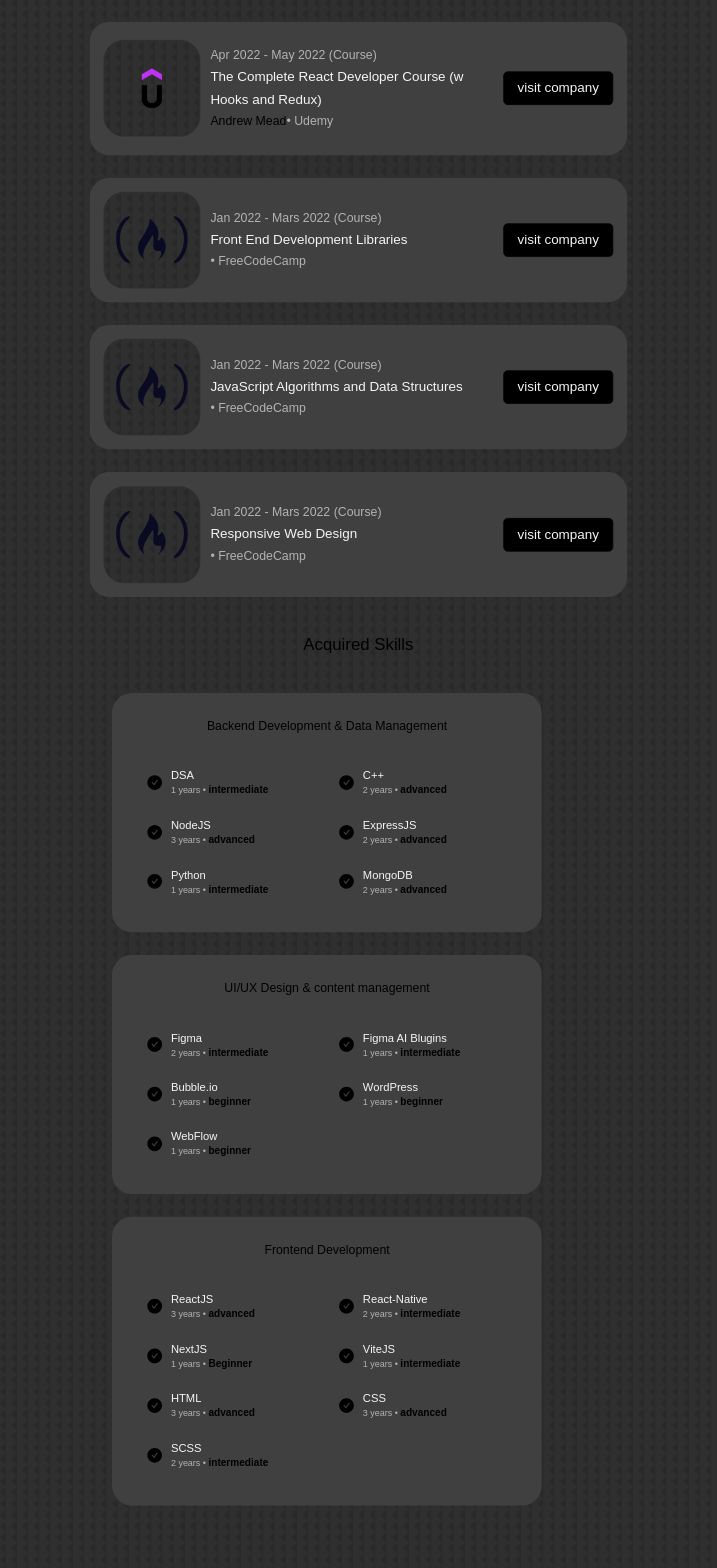
Repository: Z-Bahaa/project_joker_react_portfolio
Page: /
The author's editor kept a copy of each file at every save. The page is drawn from the files as they stood at one save, then again after the next save.
The browser window is 1024 px wide. The pictures show the part of the page from y = 4260 to 6500 px (the page is 8096 px tall), at 70% of full size.
Some web fonts or font styles are not loaded; a fallback is used. The project was rebuilt for these pictures with package versions that can differ from the ones it lists, and the page was loaded fresh each time. Imported but missing from the stored project, and not drawn on this page: src/assets/resume.pdf.

Above is the page before, as saved 2023-08-21 18:53:32.

### public/index.html
<!DOCTYPE html>
<html lang="en">

<head>
  <meta charset="UTF-8">
  <meta name="viewport" content="width=device-width, initial-scale=1.0">
  <title>Zeyad Bahaa</title>
  <link rel="shortcut icon" href="/Logo.png" />
</head>

<body>
  <div id="root"></div>
</body>

</html>

### src/App.jsx
import Header from './components/header/Header'
import Nav from './components/nav/Nav'
import About from './components/about/About'
import Experience from './components/experience/Experience'
// import Services from './components/services/Services'
import Portfolio from './components/portfolio/Portfolio'
// import Testimonials from './components/testimonials/Testimonials'
import Contact from './components/contact/Contact'
import Footer from './components/footer/Footer'


const App = () => {
  return (
    <>
      <Header />
      <Nav />
      <About />
      <Portfolio />
      <Experience />
      {/* <Services /> */}
{/*       <Testimonials /> */}
      <Contact />
      <Footer />

    </>
  )
}

export default App

### src/components/header/Header.jsx
import './header.css';
import CTA from './CTA'
import ME from '../../assets/me-3.png'
import HeaderSocials from './HeaderSocials'

const Header = () => {
  return (
    <div className='header container' id='home'>
      <div className='header__container'>
        <h5>Hello, I'm</h5>
        <h1>Zeyad Bahaa</h1>
        <h5 className="text-light">Software & web development Enthusiast</h5>
        <CTA />
        <HeaderSocials />

        <div className="me">
          <img src={ME} alt="" />
        </div>

        <a href='#contact' className="scroll__down">Scroll Down</a>
      </div>
    </div>
  )
}

export default Header

### src/components/nav/Nav.jsx
import './nav.css'
import { AiOutlineHome, AiOutlineUser, AiOutlineMessage } from 'react-icons/ai'
import { BiBookAlt } from 'react-icons/bi'
import { BsBagDash } from 'react-icons/bs'
import { useState} from 'react'

const Nav = () => {
  const [activeNav, setActiveNAv] = useState('#')
  return (
    <div className="nav">
      <a href="#home" className={activeNav === '#' ? 'active' : ''} onClick={() => setActiveNAv('#')}><AiOutlineHome /></a>
      <a href="#about" className={activeNav === '#about' ? 'active' : ''} onClick={() => setActiveNAv('#about')}><AiOutlineUser /></a>
      <a href="#portfolio" className={activeNav === '#services' ? 'active' : ''} onClick={() => setActiveNAv('#services')}><BsBagDash /></a>
      <a href="#experience" className={activeNav === '#experience' ? 'active' : ''} onClick={() => setActiveNAv('#experience')}><BiBookAlt /></a>
      <a href="#contact" className={activeNav === '#contact' ? 'active' : ''} onClick={() => setActiveNAv('#contact')}><AiOutlineMessage /></a>
    </div>
  )
}

export default Nav

### src/components/about/About.jsx
import './about.css'
import ME from '../../assets/me-3.png'
/* import { FiAward, FiUsers } from 'react-icons/fi'
import { AiFillFolderOpen } from 'react-icons/ai' */
const About = () => {
  return (
    <div className="section" id="about">
      <h5>Get To Know</h5>
      <h2>About Me</h2>

      <div className="container about__container">
        <div className="about__me">
          <div className="about__me-image">
            <img src={ME} alt="About" />
          </div>
        </div>

        <div className="about__content">
          {/* <div className="about__cards">

            <div className="about__card">
              <FiAward className="about__icon" />
              <h5>Experience</h5>
              <small>3+ Years Working</small>
            </div>

            <div className="about__card">
              <FiUsers className="about__icon" />
              <h5>Clients</h5>
              <small>200+ Worldwide</small>
            </div>

            <div className="about__card">
              <AiFillFolderOpen className="about__icon" />
              <h5>Projects</h5>
              <small>80+ Completed Projects</small>
            </div>

          </div> */}

          <p>
          Confident young professional with a passion for learning and development. eager to leverage education and training in the software development space to support the growth and success of a High performing organization. Strong track record of settling effective goals and leading teams to achieve those goals. committed to continuous improvement and driving team success.
          </p>

          <a href="#contact" className="btn btn-primary">Let's Talk</a>
        </div>
      </div>
    </div>
  )
}

export default About

### src/components/experience/Experience.jsx
import './experience.css'
import {skills, experience} from '../../data/experiences'
import { AiFillCheckCircle } from 'react-icons/ai'

const Experience = () => {
  return (
    <div className="section" id="experience">
      <h5>What Skills Do I Have?</h5>
      <h2>My Experiences</h2>
      <div className="history__container">
        {
          experience.map((e) => (
            <div>
              <div className="image-container">
                <img src={e.image} alt='company logo'/>
              </div>
              <div className="course-details-container">
                <p>{e.date}</p>
                <h1>{e.title}</h1>
                <section>
                  <span>{e.address.city}</span>
                  <p> • {e.address.country}</p>
                </section>
              </div>
              <a href={e.url} target="_blank" rel="noreferrer">
                <button className="btn btn-primary" >
                  <h1>visit company</h1>
                </button>
              </a>
            </div>
          ))
        }
      </div>
      <h2>Acquired Skills</h2>
      <div className="experience__container">
        {
          skills.map((field) => (
            <div>
              <h3>{field.title}</h3>
              <div className="experience__content">
                {
                  field.list.map((item) => (
                    <div className="experience__details">

                        <AiFillCheckCircle className="experience__details-icon"/>
                        <div>
                          <h4>{item.name}</h4>
                          <small>{(item.experience + " ")} • <span>{" " + item.level}</span> </small>
                        </div>
                    </div>
                  ))
                }
              </div>
            </div>
          ))
        }
      </div>

    </div>
  )
}

export default Experience

### src/components/portfolio/Portfolio.jsx
import './portfolio.css'
import projects from '../../data/projects'



const Portfolio = () => {
  return (
    <div className="section" id='portfolio'>
      <h5>My Recent Work</h5>
      <h2>Portfolio</h2>

      <div className="container portfolio__container">
        {
          projects.map(item => (
            <div  key={item.id} className="portfolio__item">
              <img src={item.img} className="portfolio__item-image" alt=""/>
              <h3>{item.title || 'This is a portfolio item title'}</h3>
              <p>{item.tech || 'This is a portfolio item title'}</p>
              <div className="portfolio__item-cta">
                <a className="btn" href={item.github} target='_blank' rel="noreferrer">Github</a>
                <a className="btn btn-primary" href={item.demo} target='_blank' rel="noreferrer">Live Demo</a>
              </div>
            </div>
          ))
        }
      </div>
    </div>
  )
}

export default Portfolio

### src/components/contact/Contact.jsx
import './contact.css'
import { AiOutlineMail, AiOutlineWhatsApp } from 'react-icons/ai'
import { RiMessengerLine } from 'react-icons/ri'


const Contact = () => {

  return (
    <div className="section" id="contact">
      <h5>Get In Touch</h5>
      <h2>Contact Me</h2>

      <div className="container contact__container">
        <div className="contact__options">

          <div className="contact__option">
            <AiOutlineMail className='contact__option-icon'/>
            <h4>Email</h4>
            <h5>zizobahaapersonal@gmail.com</h5>
            <a href="mailto:zizobahaapersonal@gmail.com">Send a message</a>
          </div>

          <div className="contact__option">
            <RiMessengerLine className='contact__option-icon'/>
            <h4>Messenger</h4>
            <h5>Zizo Bahaa</h5>
            <a href="https://m.me/100071918118359">Send a message</a>
          </div>
          <div className="contact__option">
            <AiOutlineWhatsApp className='contact__option-icon' />
            <h4>WhatsApp</h4>
            <h5>+201020730202</h5>
            <a href="https://api.whatsapp.com/send?phone=201020730202" >Send a message</a>
          </div>

        </div>

{        <form
          // ref={form}
          // onSubmit={sendEmail}
          >
          <input type="text" name="name" placeholder="Your Full Name" required/>
          <input type="email" name="email" placeholder="Your Email" required/>
          <textarea name="message" placeholder="Your Message" rows="7" required/>
          <button type="submit" className="btn btn-primary">send Message</button>
        </form>}
      </div>
    </div>
  )
}

export default Contact

### src/components/footer/Footer.jsx
import './footer.css'
import { AiOutlineLinkedin, AiOutlineFacebook, } from 'react-icons/ai'
import { FiTwitter, FiGithub, FiInstagram } from 'react-icons/fi'
import { FaTiktok } from 'react-icons/fa'
import { SiMyanimelist } from 'react-icons/si'

const Footer = () => {
  return (
    <div className="footer">
      <a href="#home" className="footer__icon">Z. bahaa</a>

      <ul className="permalinks">
        <li><a href="#home">Home</a></li>
        <li><a href="#about">About</a></li>
        <li><a href="#experience">Experience</a></li>
        {/* <li><a href="#services">Services</a></li> */}
        <li><a href="#portfolio">Portfolio</a></li>
        {/* <li><a href="#testimonials">Testimonials</a></li> */}
        <li><a href="#contact">Contact</a></li>
      </ul>

      <div className="footer__socials" >
        <a href='https://www.linkedin.com/in/z-bahaa-194022234/' target='_blank' rel="noreferrer"><AiOutlineLinkedin /></a>
        <a href='https://github.com/Z-Bahaa' target='_blank' rel="noreferrer"><FiGithub /></a>
        <a href='https://www.facebook.com/profile.php?id=100071918118359' target='_blank' rel="noreferrer"><AiOutlineFacebook /></a>
      </div>

      <div className="footer__coptright">
        <small>&copy; Z.bahaa. All rights reserved.</small>
      </div>
    </div>
  )
}

export default Footer

### src/components/header/header.css
.header {
  min-height: 120vh;
  padding-top: 7rem;
  /* overflow: hidden; */
}

.header__container {
  text-align: center;
  height: 100%;
  position: relative;
}

.cta {
  margin-top: 2.5rem;
  display: flex;
  gap: 1.2rem;
  justify-content: center;
}

.header__socials {
  display: flex;
  flex-direction: column;
  position: absolute;
  left: 0;
  bottom: 2rem;
  gap: 1rem;
}

.header__socials::after {
  content: "";
  width: 1px;
  height: 2rem;
  background: var(--color-primary);
  align-self: center;
}

.me {
  background: linear-gradient(var(--color-primary), transparent);
  width: 22rem;
  max-height: 27rem;
  position: absolute;
  left: calc(50% - 11rem);
  margin-top: 4rem;
  border-radius: 12rem 12rem 0 0;
  -webkit-border-radius: 12rem 12rem 0 0;
  -moz-border-radius: 12rem 12rem 0 0;
  -ms-border-radius: 12rem 12rem 0 0;
  -o-border-radius: 12rem 12rem 0 0;
  overflow: hidden;
  /* padding: 5rem 1.5rem 1.5rem 1.5rem; */
}
/* .me img {
  min-height: 40rem;
} */

.scroll__down {
  position: absolute;
  right: 0rem;
  bottom: 5rem;
  transform: rotate(90deg);
  -webkit-transform: rotate(90deg);
  -moz-transform: rotate(90deg);
  -ms-transform: rotate(90deg);
  -o-transform: rotate(90deg);
  font-weight: 300;
  font-size: 0.9rem
}

@media screen and (max-width: 1024px) {
  .header {
    height: 70vh;
  }
}

@media screen and (max-width: 600px) {



}

### src/components/header/CTA.jsx
import CV from '../../assets/resume.pdf'

import React from 'react'

const CTA = () => {
  return (
    <div className="cta">
      <a href={CV} className='btn'>Download CV</a>
      <a href="#contact" className="btn btn-primary">Let's Talk</a>
    </div>
  )
}

export default CTA

### src/components/header/HeaderSocials.jsx
import { AiOutlineLinkedin, AiOutlineFacebook,} from 'react-icons/ai'
import {FiGithub} from 'react-icons/fi'



const HeaderSocials = () => {
  return (
    <div className="header__socials">
      <a href='https://www.linkedin.com/in/zizo-bahaa' target='_blank'  rel="noreferrer"><AiOutlineLinkedin /></a>
      <a href='https://github.com/Z-Bahaa' target='_blank'  rel="noreferrer"><FiGithub /></a>
      <a href='https://www.facebook.com/profile.php?id=100071918118359' target='_blank'  rel="noreferrer"><AiOutlineFacebook /></a>
    </div>
  )
}

export default HeaderSocials

### src/components/nav/nav.css
.nav {
  background: rgba(0, 0, 0, 0.3);
  width: max-content;
  display: block;
  padding: 0.7em 1.7em;
  z-index: 2;
  position: fixed;
  left: 50%;
  transform: translateX(-50%);
  -webkit-transform: translateX(-50%);
  -moz-transform: translateX(-50%);
  -ms-transform: translateX(-50%);
  -o-transform: translateX(-50%);
  bottom: 2rem;
  display: flex;
  gap: 0.8rem;
  border-radius: 3rem;
  -webkit-border-radius: 3rem;
  -moz-border-radius: 3rem;
  -ms-border-radius: 3rem;
  -o-border-radius: 3rem;
  backdrop-filter: blur(15px);
}

.nav a {
  background: transparent;
  padding: 0.8rem;
  border-radius: 50%;
  -webkit-border-radius: 50%;
  -moz-border-radius: 50%;
  -ms-border-radius: 50%;
  -o-border-radius: 50%;
  display: flex;
  color: var(--color-light);
  font-size: 1.1rem;
}

.nav a:hover {
  background: rgba(0, 0, 0, 0.3);
}

.nav a.active {
  background: var(--color-primary);
  color: var(--color-bg)
}

### src/components/experience/experience.css
.experience__container {
  display: grid;
  grid-template-columns: 1fr 1fr;
  justify-content: center;
  gap: 2rem;
  margin-inline: 8rem;
}

.history__container {
  display: grid;
  grid-template-columns: 1fr;
  justify-content: center;
  gap: 2rem;
  margin-inline: 8rem;
  margin-bottom: 3rem;
}

.experience__container>div, .history__container>div {
  background: var(--color-bg-variant);
  display: flex;
  flex-direction: column;
  justify-content: center;
  width: 100%;
  padding: 2.4rem 5rem;
  border-radius: 1.8rem;
  -webkit-border-radius: 1.8rem;
  -moz-border-radius: 1.8rem;
  -ms-border-radius: 1.8rem;
  -o-border-radius: 1.8rem;
  border: 1px solid transparent;
  transition: var(--transition);
  -webkit-transition: var(--transition);
  -moz-transition: var(--transition);
  -ms-transition: var(--transition);
  -o-transition: var(--transition);
}

.history__container>div {
  display: flex;
  flex-direction: row;
  align-items: center;
  justify-content: flex-start;
  padding: 1.2rem;
}

.history__container>div .image-container{
  aspect-ratio: 1;
  display: flex;
  align-items: center;
  justify-content: center;
  width: fit-content;
  padding: 1rem;
  /* background-color: red; */
  border-radius: 1.8rem;
  -webkit-border-radius: 1.8rem;
  -moz-border-radius: 1.8rem;
  -ms-border-radius: 1.8rem;
  -o-border-radius: 1.8rem;
  background: var(--color-bg);
  background-image: url(../../assets/bg-texture.png);
  border-color: var(--color-bg);
  border-style: solid;
  border-width: 1px;
  margin-inline-end: .1rem;
}

.history__container>div .image-container img{
  width: 6.5rem;
  border-radius: 1.8rem;
  -webkit-border-radius: 1.8rem;
  -moz-border-radius: 1.8rem;
  -ms-border-radius: 1.8rem;
  -o-border-radius: 1.8rem;
}

.experience__container>div:hover, .history__container>div:hover {
  background: transparent;
  border-color: var(--color-primary-variant);
  cursor: default;
}

.history__container>div .course-details-container{
  padding: .8rem;
  display: flex;
  width: 100%;
  height: 100%;
  /* background-color: red; */
  flex-direction: column;
  justify-content: center;
  align-items: flex-start;

}
.history__container>div h1{
  font-size: 1.2rem;

}

.history__container>div .course-details-container section{
  display: flex;

}

.history__container>div .course-details-container  span {
  text-align: center;
  font-size: 1.1rem;
  /* margin-bottom: 2rem; */
  color: var(--color-primary);

}
.history__container>div .course-details-container  p {
  text-align: center;
  font-size: 1.1rem;
  /* margin-bottom: 1rem; */
  color: var(--color-light);

}

.history__container>div button {
  color: var(--color-white);
  min-width: fit-content;

}

.experience__container>div h3 {
  text-align: center;
  font-size: 1.1rem;
  margin-bottom: 2rem;
  color: var(--color-primary);
}

.experience__content {
  display: grid;
  grid-template-columns: 1fr 1fr;
  width: 100%;
  justify-content: space-between;
  /* background-color: red; */
  align-items: space-between;
  gap: 2rem;
  row-gap: 1.9rem;
}

.experience__details {
  display: flex;
  /* background-color: red; */
  width: fit-content;
  align-items: center;
  gap: .7rem;
}

.experience__details-icon {
  margin-bottom: 6px;
  font-size: 1.5rem;
  color: var(--color-primary);
}

.experience__details div {
  display: flex;
  flex-direction: column;
  gap: 0;
  align-items: flex-start;
  justify-content: center;
}

.experience__details div h4 {
  text-align: center;
  font-size: 1rem;
  line-height: 1rem;
  color: var(--color-white);
}

.experience__details div small {
  text-align: center;
  font-size: .8rem;
  /* line-height: 1rem; */
  color: var(--color-light);
}

.experience__details div span {
  text-align: center;
  font-size: .9rem;
  font-weight: bold;
  color: var(--color-primary);
}

@media screen and (max-width: 1024px) {
  .experience__container {
    grid-template-columns: 1fr;
    gap: 2rem;
    align-items: center;
    justify-content: center;
  }

  .experience__container>div {
    width: 80%;
    padding: 2rem;
    margin: 0 2rem;
    min-width: fit-content;
  }

  .experience__content {
    padding: 1rem;
    width: 100%;
    align-items: center;
    justify-content: center;
    /* grid-template-columns: 1fr; */
  }
}

@media screen and (max-width: 600px) {
  .experience__container {
    gap: 1rem;
    padding: 0;
    margin: 0;
  }

  .experience__container>div {
    width: 100%;
    /* padding: 0; */
    margin: 0 auto;
  }
}

### src/components/portfolio/portfolio.css
.portfolio__container {
  display: grid;
  grid-template-columns: repeat(2, 1fr);
  gap: 2.5rem;
}

.portfolio__item {
  background: var(--color-bg-variant);
  padding: 1.2rem;
  border-radius: 2rem;
  -webkit-border-radius: 2rem;
  -moz-border-radius: 2rem;
  -ms-border-radius: 2rem;
  -o-border-radius: 2rem;
  border: 1px solid transparent;
  transition: var(--transition);
  -webkit-transition: var(--transition);
  -moz-transition: var(--transition);
  -ms-transition: var(--transition);
  -o-transition: var(--transition);
}

.portfolio__item:hover {
  border-color: var(--color-primary-variant);
  background: transparent;
}

.portfolio__item-image {
  border-radius: 1.5rem;
  -webkit-border-radius: 1.5rem;
  -moz-border-radius: 1.5rem;
  -ms-border-radius: 1.5rem;
  -o-border-radius: 1.5rem;
  overflow: hidden;
}

.portfolio__item h3 {
  margin: 0rem 0.2rem;
  margin-top: 1rem;
}

.portfolio__item p {
  margin: 0rem 0.2rem;
  margin-bottom: 1rem;
  font-size: 1rem;
  color: var(--color-light);
}

.portfolio__item-cta {
  display: flex;
  align-self: flex-end;
  gap: 1rem;
  margin-bottom: 1rem;
}

@media screen and (max-width: 1024px) {
  .portfolio__container {
    grid-template-columns: 1fr 1fr;
    gap: 1.2rem;
  }
}

@media screen and (max-width: 600px) {
  .portfolio__container {
    grid-template-columns: 1fr;
    gap: 1rem;
  }
}

### src/components/contact/contact.css
.container.contact__container {
  width: 58%;
  display: grid;
  grid-template-columns: 30% 58%;
  gap: 12%;
}

.contact__options {
  display: flex;
  flex-direction: column;
  gap: 1.2rem;
}

.contact__option {
  background: var(--color-bg-variant);
  padding: 1.2rem;
  border-radius: 1.2rem;
  -webkit-border-radius: 1.2rem;
  -moz-border-radius: 1.2rem;
  -ms-border-radius: 1.2rem;
  -o-border-radius: 1.2rem;
  text-align: center;
  border: 1px solid transparent;
  transition: var(--transition);
  overflow: hidden;
}

.contact__option:hover {
  background: transparent;
  border-color: var(--color-primary-variant);
}

.contact__option-icon {
  font-size: 1.5rem;
  margin-bottom: 0.5rem;

}

.contact__option a {
  margin-top: 0.7rem;
  display: inline-block;
  font-size: .8rem;
}

form {
  display: flex;
  flex-direction: column;
  gap: 1.2rem;
}

input, textarea {
  width: 100%;
  padding: 1.5rem;
  border-radius: 0.5rem;
  -webkit-border-radius: 0.5rem;
  -moz-border-radius: 0.5rem;
  -ms-border-radius: 0.5rem;
  -o-border-radius: 0.5rem;
  background: transparent;
  border: 1px solid var(--color-primary-variant);
  resize: none;
  color: var(--color-white);
}

@media screen and (max-width: 1024px) {
  .container.contact__container {
    grid-template-columns: 1fr;
    gap: 2rem;
  }
}

@media screen and (max-width: 600px) {
  .container.contact__container {
    width: var(--container-width-sm);
  }
}

### src/components/footer/footer.css
.footer {
  background: var(--color-primary);
  padding: 3rem 0;
  padding-bottom: 0;
  text-align: center;
  font-size:0.9rem;
  margin-top: 7rem;
}

.footer a {
  color: var(--color-bg);
}

.footer__icon {
  font-size:2rem;
  font-weight: 500;
  margin-bottom: 2rem;
  display: inline-block;
}

.permalinks {
  display: flex;
  flex-wrap: wrap;
  justify-content: center;
  gap: 2rem;
  margin: 0 auto 3rem;
}

.footer__socials {
  display: flex;
  justify-content: center;
  gap: 1rem;
  margin-bottom: 4rem;
}

.footer__socials a {
  background: var(--color-bg);
  color: var(--color-white);
  padding: 0.8rem;
  border-radius: 0.7rem;
  -webkit-border-radius: 0.7rem;
  -moz-border-radius: 0.7rem;
  -ms-border-radius: 0.7rem;
  -o-border-radius: 0.7rem;
  display: flex;
  border: 1px solid transparent;
  margin-bottom: 5rem;
}

.footer__socials a:hover {
  background: transparent;
  color: var(--color-bg);
  border-color: var(--color-bg);

}

.footer__copyright {
  margin-bottom: 4rem;
  color: var(--color-bg);
}

@media screen and (max-width: 600px) {
  .permalinks {
    flex-direction: column;
    gap: 1.5rem;
  }
}

Loaded but not shown: src/data/experiences.js (207 lines, source omitted); src/data/projects.js (65 lines, source omitted); src/index.js (5 lines, source omitted); src/index.css (151 lines, source omitted); src/components/about/about.css (141 lines, source omitted)

After the next save:
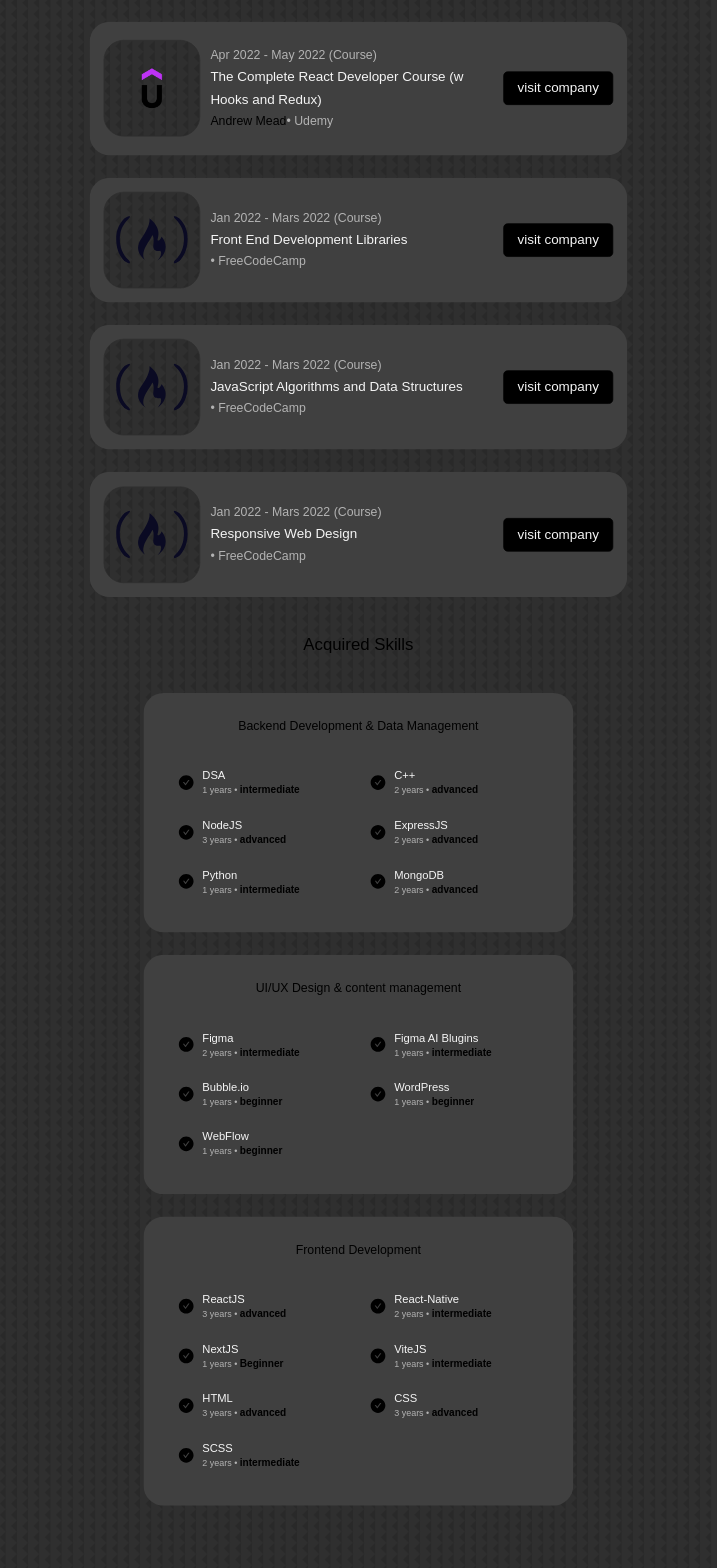
Saved 7 s later.
--- a/src/components/experience/experience.css
+++ b/src/components/experience/experience.css
@@ -193,7 +193,7 @@
   .experience__container>div {
     width: 80%;
     padding: 2rem;
-    margin: 0 2rem;
+    margin: 0 auto;
     min-width: fit-content;
   }
 
